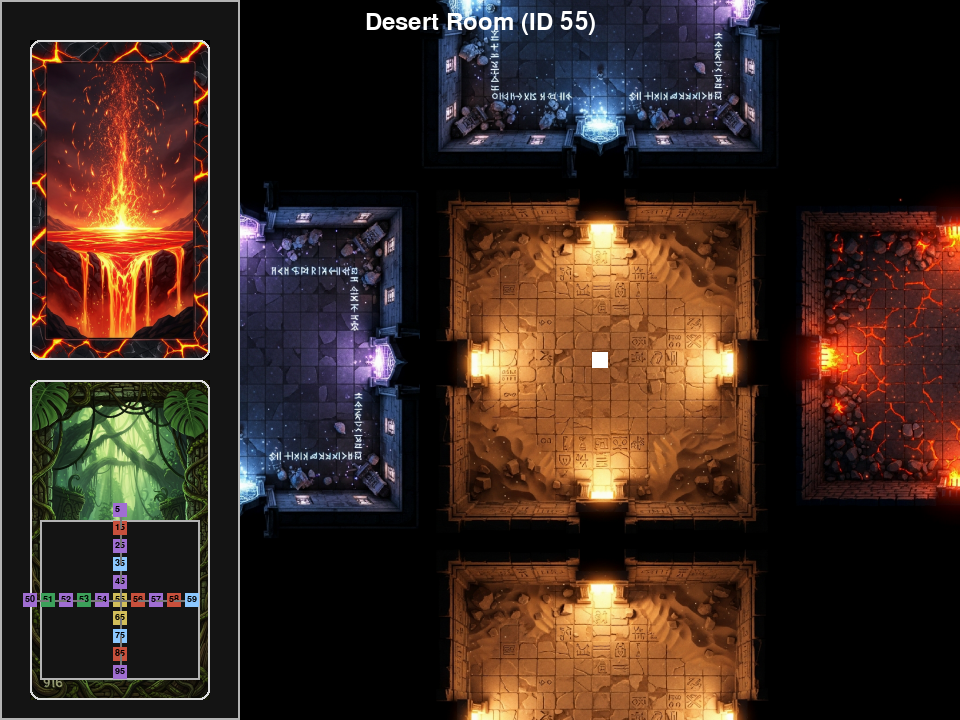
Repository: MehediMim/GateBound
Script's output: python main.py
These files come from the project's save history. The script's output is drawn as it stood at one moment and after a run of saves; the edit follows.
The window is shown after at most 60 frames with no key pressed. Random numbers start from a fixed seed. It also reads assets/bg_arcane.png, assets/bg_desert.png, assets/bg_ice.png, assets/bg_jungle.png, assets/bg_volcanic.png, assets/card_arcane.jpeg, assets/card_desert.jpeg, assets/card_ice.jpeg, assets/card_jungle.jpeg, assets/card_volcanic.jpeg.

Above is the script's output before, as saved 2026-01-26 19:24:22.

### main.py
import pygame
import sys
import random

# =========================
# CONFIG
# =========================
ROOM_ORIGINAL = 720
ROOM_SCALE = 0.5
ROOM_DRAW = int(ROOM_ORIGINAL * ROOM_SCALE)  # 512
FPS = 60
PLAYER_SPEED = 5
DEBUG = True
CARD_WIDTH  = 180
CARD_HEIGHT = 320   # 180 × 16 / 9 ≈ 320


GRID_W = 10
GRID_H = 10

# =========================
# UI / LAYOUT (IMPORTANT)
# =========================
SIDEBAR_W = 240                     # LEFT UI ONLY
PREVIEW_MARGIN = ROOM_DRAW // 2     # space for half rooms

SCREEN_WIDTH  = SIDEBAR_W + ROOM_DRAW + PREVIEW_MARGIN * 2
SCREEN_HEIGHT = ROOM_DRAW + PREVIEW_MARGIN * 2

# =========================
# CARD CONFIG
# =========================
CARD_TYPES = ["Jungle", "Desert", "Ice", "Volcanic", "Arcane"]
CARD_MIN_POWER = 1
CARD_MAX_POWER = 9
MAX_CARDS = 5

# =========================
# INIT
# =========================
pygame.init()
screen = pygame.display.set_mode((SCREEN_WIDTH, SCREEN_HEIGHT))
pygame.display.set_caption("Tower Puzzle — Rooms (10x10)")
clock = pygame.time.Clock()

font = pygame.font.SysFont(None, 36)
map_font = pygame.font.SysFont(None, 14)

# =========================
# ROOM TYPES + BG
# =========================
ROOM_TYPES = ["Jungle", "Desert", "Ice", "Volcanic", "Arcane"]

BG_RAW = {
    "Jungle": pygame.image.load("assets/bg_jungle.png").convert(),
    "Desert": pygame.image.load("assets/bg_desert.png").convert(),
    "Ice": pygame.image.load("assets/bg_ice.png").convert(),
    "Volcanic": pygame.image.load("assets/bg_volcanic.png").convert(),
    "Arcane": pygame.image.load("assets/bg_arcane.png").convert(),
}
card_images = {
    "jungle": pygame.image.load("assets/card_jungle.jpeg").convert_alpha(),
    "desert": pygame.image.load("assets/card_desert.jpeg").convert_alpha(),
    "ice": pygame.image.load("assets/card_ice.jpeg").convert_alpha(),
    "volcanic": pygame.image.load("assets/card_volcanic.jpeg").convert_alpha(),
    "arcane": pygame.image.load("assets/card_arcane.jpeg").convert_alpha(),
}
CARD_IMAGE_KEY = {
    "Jungle": "jungle",
    "Desert": "desert",
    "Ice": "ice",
    "Volcanic": "volcanic",
    "Arcane": "arcane",
}

ROOM_COLORS = {
    "Jungle":   (60, 160, 90),
    "Desert":   (210, 190, 90),
    "Ice":      (140, 200, 255),
    "Volcanic": (200, 80, 60),
    "Arcane":   (160, 110, 210),
}


BG = {
    k: pygame.transform.smoothscale(v, (ROOM_DRAW, ROOM_DRAW))
    for k, v in BG_RAW.items()
}

for key in card_images:
    card_images[key] = pygame.transform.smoothscale(
        card_images[key],
        (CARD_WIDTH, CARD_HEIGHT)
    )

# =========================
# GAME BOX (UNCHANGED LOGIC)
# =========================
GAME_BOX_RECT = pygame.Rect(
    SIDEBAR_W + PREVIEW_MARGIN,
    PREVIEW_MARGIN,
    ROOM_DRAW,
    ROOM_DRAW
)

ROOM_RECT = GAME_BOX_RECT.copy()

# =========================
# DOORS
# =========================
DOORS = {
    "top":    pygame.Rect(ROOM_RECT.centerx - 56, ROOM_RECT.top - 112, 112, 112),
    "bottom": pygame.Rect(ROOM_RECT.centerx - 56, ROOM_RECT.bottom,     112, 112),
    "left":   pygame.Rect(ROOM_RECT.left - 112,   ROOM_RECT.centery - 56, 112, 112),
    "right":  pygame.Rect(ROOM_RECT.right,        ROOM_RECT.centery - 56, 112, 112),
}

WALK_RECT = ROOM_RECT.copy()
for r in DOORS.values():
    WALK_RECT.union_ip(r)

SPAWN = ROOM_RECT.center

# =========================
# WORLD (10x10 FIXED)
# =========================
rooms = {}

def room_id(x, y):
    return y * GRID_W + x

def create_world():
    for y in range(GRID_H):
        for x in range(GRID_W):
            rid = room_id(x, y)
            links = {}
            if y > 0: links["top"] = room_id(x, y - 1)
            if y < GRID_H - 1: links["bottom"] = room_id(x, y + 1)
            if x > 0: links["left"] = room_id(x - 1, y)
            if x < GRID_W - 1: links["right"] = room_id(x + 1, y)

            rooms[rid] = {
                "id": rid,
                "pos": (x, y),
                "type": random.choice(ROOM_TYPES),
                "links": links
            }

create_world()
current = room_id(GRID_W // 2, GRID_H // 2)

# =========================
# PLAYER
# =========================
player = pygame.Rect(0, 0, 16, 16)
player.center = SPAWN

# =========================
# CARDS
# =========================
cards = []

def create_random_card():
    return {
        "type": random.choice(CARD_TYPES),
        "power": random.randint(CARD_MIN_POWER, CARD_MAX_POWER)
    }

cards = [create_random_card() for _ in range(MAX_CARDS)]

# =========================
# MOVEMENT
# =========================
def move(dx, dy):
    player.x += dx
    player.y += dy
    player.clamp_ip(WALK_RECT)

def change_room(direction):
    global current
    if direction in rooms[current]["links"]:
        current = rooms[current]["links"][direction]
        player.center = SPAWN

def handle_doors():
    for d, r in DOORS.items():
        if player.colliderect(r):
            change_room(d)
            break

# =========================
# DRAW UI
# =========================
def draw_cards():
    x = 30
    y = 40
    gap = 20

    for i, c in enumerate(cards):
        key = CARD_IMAGE_KEY[c["type"]]
        cx = x
        cy = y + i * (CARD_HEIGHT + gap)

        screen.blit(card_images[key], (cx, cy))

        pygame.draw.rect(
            screen,
            (220, 220, 220),
            (cx, cy, CARD_WIDTH, CARD_HEIGHT),
            2,
            border_radius=10
        )

def draw_minimap():
    panel_size = 160
    panel_x = 40
    panel_y = SCREEN_HEIGHT - panel_size - 40

    node = 14
    gap = 4
    step = node + gap

    center_x = panel_x + panel_size // 2 - node // 2
    center_y = panel_y + panel_size // 2 - node // 2

    pygame.draw.rect(screen, (20, 20, 20), (panel_x, panel_y, panel_size, panel_size))
    pygame.draw.rect(screen, (180, 180, 180), (panel_x, panel_y, panel_size, panel_size), 2)

    # center room
    center_color = ROOM_COLORS[rooms[current]["type"]]
    pygame.draw.rect(screen, center_color, (center_x, center_y, node, node))

    screen.blit(
        map_font.render(str(current), True, (0, 0, 0)),
        (center_x + 2, center_y + 1)
    )

    directions = {
        "top": (0, -1),
        "bottom": (0, 1),
        "left": (-1, 0),
        "right": (1, 0),
    }

    for d, (dx, dy) in directions.items():
        rid = current
        cx, cy = center_x, center_y

        for _ in range(5):  # max 5 each side
            nxt = rooms[rid]["links"].get(d)
            if nxt is None:
                break

            cx += dx * step
            cy += dy * step

            pygame.draw.line(
                screen, (120, 120, 120),
                (cx + node // 2 - dx * step, cy + node // 2 - dy * step),
                (cx + node // 2, cy + node // 2),
                2
            )

            neighbor_color = ROOM_COLORS[rooms[nxt]["type"]]
            pygame.draw.rect(screen, neighbor_color, (cx, cy, node, node))

            screen.blit(
                map_font.render(str(nxt), True, (0, 0, 0)),
                (cx + 2, cy + 1)
            )

            rid = nxt

def draw_card(screen, card_type, x, y):
    screen.blit(card_images[card_type], (x, y))

def draw_card_with_border(screen, card_type, x, y):
    screen.blit(card_images[card_type], (x, y))
    pygame.draw.rect(
        screen,
        (220, 220, 220),  # light border
        (x, y, CARD_WIDTH, CARD_HEIGHT),
        2
    )

def draw_selected_card(screen, card_type, x, y):
    screen.blit(card_images[card_type], (x, y))
    glow_rect = pygame.Surface((CARD_WIDTH, CARD_HEIGHT), pygame.SRCALPHA)
    glow_rect.fill((255, 255, 255, 40))  # soft white glow
    screen.blit(glow_rect, (x, y))


# =========================
# LOOP
# =========================
while True:
    clock.tick(FPS)

    for e in pygame.event.get():
        if e.type == pygame.QUIT:
            pygame.quit()
            sys.exit()

    k = pygame.key.get_pressed()
    dx = dy = 0
    if k[pygame.K_a] or k[pygame.K_LEFT]: dx -= PLAYER_SPEED
    if k[pygame.K_d] or k[pygame.K_RIGHT]: dx += PLAYER_SPEED
    if k[pygame.K_w] or k[pygame.K_UP]: dy -= PLAYER_SPEED
    if k[pygame.K_s] or k[pygame.K_DOWN]: dy += PLAYER_SPEED

    move(dx, dy)
    handle_doors()

    screen.fill((0,0,0))

    # Sidebar
    pygame.draw.rect(screen, (20,20,20), (0,0,SIDEBAR_W,SCREEN_HEIGHT))
    pygame.draw.rect(screen, (180,180,180), (0,0,SIDEBAR_W,SCREEN_HEIGHT), 2)

    # Game box border
    pygame.draw.rect(screen, (30,30,30), GAME_BOX_RECT)
    pygame.draw.rect(screen, (180,180,180), GAME_BOX_RECT, 2)

    room = rooms[current]
    cx, cy = ROOM_RECT.topleft
    w = h = ROOM_DRAW
    half = w // 2

    # Center
    screen.blit(BG[room["type"]], (cx, cy))

    # Neighbors (VISIBLE, NOT CLIPPED)
    if "top" in room["links"]:
        t = rooms[room["links"]["top"]]
        screen.blit(BG[t["type"]].subsurface((0, half, w, half)), (cx, cy-half))
    if "bottom" in room["links"]:
        b = rooms[room["links"]["bottom"]]
        screen.blit(BG[b["type"]].subsurface((0, 0, w, half)), (cx, cy+w))
    if "left" in room["links"]:
        l = rooms[room["links"]["left"]]
        screen.blit(BG[l["type"]].subsurface((half, 0, half, h)), (cx-half, cy))
    if "right" in room["links"]:
        r = rooms[room["links"]["right"]]
        screen.blit(BG[r["type"]].subsurface((0, 0, half, h)), (cx+w, cy))

    pygame.draw.rect(screen, (255,255,255), player)

    draw_cards()
    # draw_cards()
    draw_minimap()


    label = font.render(f"{room['type']} Room (ID {current})", True, (255,255,255))
    screen.blit(label, (SCREEN_WIDTH//2 - label.get_width()//2, 10))

    pygame.display.flip()

After the next 2 saves:
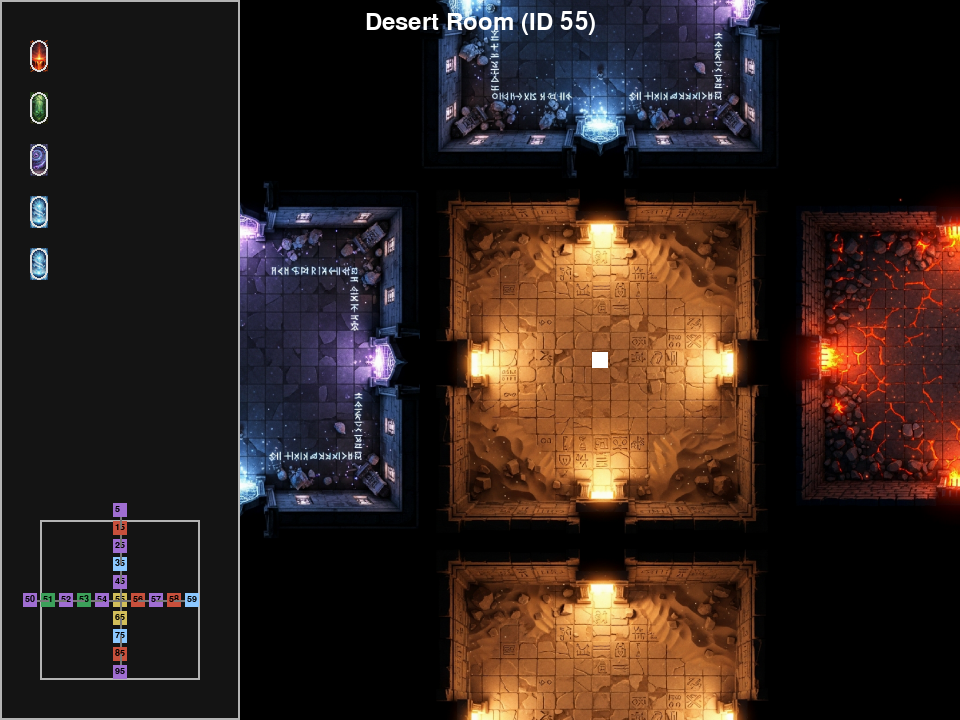
The 2 saves are shown as one change because they came seconds apart.
The last was saved 21 s later.
--- a/main.py
+++ b/main.py
@@ -11,8 +11,8 @@ ROOM_DRAW = int(ROOM_ORIGINAL * ROOM_SCALE)  # 512
 FPS = 60
 PLAYER_SPEED = 5
 DEBUG = True
-CARD_WIDTH  = 180
-CARD_HEIGHT = 320   # 180 × 16 / 9 ≈ 320
+CARD_WIDTH  = 18
+CARD_HEIGHT = 32   # 180 × 16 / 9 ≈ 320
 
 
 GRID_W = 10
